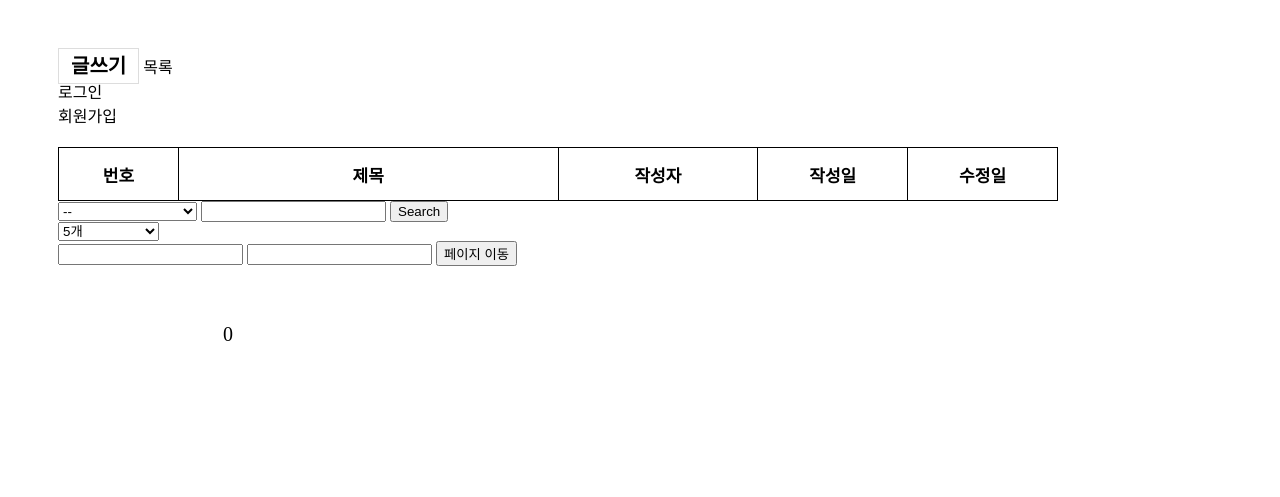
Repository: Shim-YoungDo/gaea-study
Page: http://localhost/study/WEB-INF/views/board/list.jsp
The author's editor kept a copy of each file at every save. The page is drawn from the files as they stood at one save, then again after the next save.
The browser window is 1280 px wide. The pictures show the whole page.
The page is served by Tomcat 9. Nobody is signed in. Other server files are loaded and not shown. The template is opened directly, without the code that normally fills it, so the values that code supplies are empty.

Above is the page before, as saved 2021-12-07 04:24:24.

### study/src/main/webapp/WEB-INF/views/board/list.jsp
<%@ page language="java" contentType="text/html; charset=UTF-8"
	pageEncoding="UTF-8"%>
<%@ taglib uri="http://java.sun.com/jsp/jstl/core" prefix="c"%>
<%@ taglib prefix="fmt" uri="http://java.sun.com/jsp/jstl/fmt"%>
<!DOCTYPE html>
<html>
<head>
<meta charset="UTF-8">
<title>Insert title here</title>
<link rel="stylesheet" href="/resources/css/board/list.css">
<script src="https://code.jquery.com/jquery-3.4.1.js"
	integrity="sha256-WpOohJOqMqqyKL9FccASB9O0KwACQJpFTUBLTYOVvVU="
	crossorigin="anonymous"></script>
</head>
<body>
	<div class="table_wrap">
		<a href="/board/registeView" class="enroll_btn">글쓰기</a>
		<a href="/board/list" class="list_btn">목록</a>
		<div class="login_area">
		<!-- 로그인 x -->
		<c:if test="${member==null}">
		<div class="login_button"><a href="/member/login">로그인</a></div>
		<span><a href="/member/join">회원가입</a></span>
		</c:if>

		<!-- 로그인 o -->
		<c:if test="${member != null}">
		<div class="login_success_area">
			<span>이름:${member.memberName}</span>
			<span>아이디:${member.memberID}</span>
			<a href="/member/logout">로그아웃</a>
		</div>
		</c:if>

		<table>
			<thead>
				<tr>
					<th class="bno_width">번호</th>
					<th class="title_width">제목</th>
					<th class="writer_width">작성자</th>
					<th class="regdate_width">작성일</th>
					<th class="updatedate_width">수정일</th>
				</tr>
			</thead>
			<c:forEach items="${list}" var="list">
				<tr>
					<td><c:out value="${list.boardNumber}" /></td>
					<td>
						<a class="move" href='<c:out value="${list.boardNumber}"/>'>
							<c:out value="${list.boardTitle}" />
						</a>
					</td>
					<td>
						<c:out value="${list.boardWriter}" />
					</td>
					<td>
						<fmt:formatDate pattern="yyyy/MM/dd"
							value="${list.boardRegistrationDate}" />
					</td>
					<td>
						<fmt:formatDate pattern="yyyy/MM/dd"
							value="${list.boardUpdateDate}" />
					</td>
				</tr>
			</c:forEach>
		</table>

		<div class="search_wrap">
			<div class="search_area">
				<select name="type">
                <option value="" <c:out value="${pageMake.cri.type == null?'selected':'' }"/>>--</option>
                <option value="T" <c:out value="${pageMake.cri.type eq 'T'?'selected':'' }"/>>제목</option>
                <option value="C" <c:out value="${pageMake.cri.type eq 'C'?'selected':'' }"/>>내용</option>
                <option value="W" <c:out value="${pageMake.cri.type eq 'W'?'selected':'' }"/>>작성자</option>
                <option value="TC" <c:out value="${pageMake.cri.type eq 'TC'?'selected':'' }"/>>제목 + 내용</option>
                <option value="TW" <c:out value="${pageMake.cri.type eq 'TW'?'selected':'' }"/>>제목 + 작성자</option>
                <option value="TCW" <c:out value="${pageMake.cri.type eq 'TCW'?'selected':'' }"/>>제목 + 내용 + 작성자</option>
            </select>
				<input type="text" name="keyword" value="${pageMake.cri.keyword}">
				<button>Search</button>
			</div>
		</div>

		<div class="amount_wrap">
			<div class="amount_area">

					<select name="amount" onchange="selectBoxChange(this.value);">
						<option value="" disabled >=== 선택 ===</option>
						<option value=5 <c:out value="${pageMake.cri.amount == 5?'selected':''}"/>>5개</option>
    					<option value=10 <c:out value="${pageMake.cri.amount == 10?'selected':''}"/>>10개</option>
    					<option value=20 <c:out value="${pageMake.cri.amount == 20?'selected':''}"/>>20개</option>
    					<option value=25 <c:out value="${pageMake.cri.amount == 25?'selected':''}"/>>25개</option>

					</select>

			</div>
		</div>


		<div class="page_select_wrap">
			<div class="page_select_area">
				<input type = "text" pattern="\d" name="pageSelect"value='<c:out value="${pageMake.cri.pageNum}"/>'>
				<input name = "totalPage" readonly="readonly" value = '<c:out value="${pageMake.realEnd}"/>'>
				<button>페이지 이동</button>
			</div>
		</div>

		<div class="pageInfo_wrap">
			<div class="pageInfo_area">
				<ul id="pageInfo" class="pageInfo">

					<!-- 이전페이지 버튼 -->
					<c:if test="${pageMake.prev}">
						<li class="pageInfo_btn previous"><a href="${pageMake.startPage-1}">이전</a></li>
					</c:if>

					<!-- 각 번호 페이지 버튼 -->
					<c:forEach var="num" begin="${pageMake.startPage}" end="${pageMake.endPage}">
						<li class="pageInfo_btn ${pageMake.cri.pageNum == num ? "active":"" }"><a href="${num}">${num}</a></li>
					</c:forEach>

					<!--
					<form id="pageForm" method="post">
					<select name="amount" id="amount" onchange="selectBoxChange(this.value);">
						<option value="none">=== 선택 ===</option>
						<option value="5">5개</option>
    					<option value="10">10개</option>
    					<option value="20">20개</option>
					</select>
					</form>
					-->

					<!-- 다음페이지 버튼 -->
					<c:if test="${pageMake.next}">
						<li class="pageInfo_btn next"><a href="${pageMake.endPage+1}">다음</a></li>
					</c:if>
				</ul>
			</div>
		</div>

		<form id="moveForm" method="get">
			<input type="hidden" name="pageNum" value="${pageMake.cri.pageNum}">
			<input type="hidden" name="amount" value="${pageMake.cri.amount}">
			<input type="hidden" name="keyword" value="${pageMake.cri.keyword}">
			<input type="hidden" name="type" value="${pageMake.cri.type}">

		</form>
	</div>
</div>

	<script>
		let moveForm = $("#moveForm");
		let pageForm = $("#pageForm");

		$(".move").on("click", function(e) {
			e.preventDefault();
			moveForm.append("<input type='hidden' name='boardNumber' value='"
					+ $(this).attr("href") + "'>"); //<form>내부 boardNumber값을 저장하는 <input>태그 생성
			moveForm.attr("action", "/board/getPage");
			moveForm.submit();
				});

		$(".pageInfo a").on("click", function(e){
			e.preventDefault();
			moveForm.find("input[name='pageNum']").val($(this).attr("href")); //<form>내부 pageNum과 관련된 <input>태그의 value 속성값에 클릭한<a>태그 페이지 번호 삽입
			moveForm.attr("action", "/board/list");
			moveForm.submit();
		});

		/*
		var selectBoxChange = function(value){
			console.log("결과:" +value);
			$.ajax({
				type:"post",
				url:"/board/pageAmount",
				data: "pageAmount=" +value,
				success : function(data){
					alert("성공", +data);
					console.log(data);
				}
			});
		}*/

		/*
		$("#pageForm").change(function(){
			var pageAmount = value;

			$.ajax({
				type:"post",
				url:"/board/pageAmount",
				data: "pageAmount=" +pageAmount,
				success : function(data){
					alert("성공", +data);
					console.log(data);
				}
			});

		});*/


		//검색기능
		$(".search_area button").on("click", function(e){
			e.preventDefault();

			let type = $(".search_area select").val();
			let keyword = $(".search_area input[name='keyword']").val();

			if(!type){
				alert("검색 종류를 선택하세요");
				return false;
			}
			if(!keyword){
				alert("키워드를 입력하세요");
				return false;
			}

			//let val = $("input[name='keyword']").val();
			moveForm.find("input[name='type']").val(type);
			moveForm.find("input[name='keyword']").val(keyword);
			moveForm.find("input[name='pageNum']").val(1);
			moveForm.submit();
		});

		/*
		$("#pageForm").change(function(){
			var pageAmount = value;
			let amount = $(".amount_area select").val();

			pageForm.find("input[name]='amount'").val(amount);
			pageForm.submit();
		});*/

		//화면에 출력될 총 게시글 수 선택
		var selectBoxChange = function(value){

			let amount = $(".amount_area select").val();

			//pageForm.find("input[name]='amount'").val(amount);
			//pageForm.submit();
			moveForm.find("input[name='amount']").val(amount);
			moveForm.find("input[name='pageNum']").val(1);
			moveForm.submit();

			console.log("결과:" +value);
			//alert("성공", +data);
		}

		//선택 페이지 이동
		$(".page_select_area button").on("click",function(){

			let pageNum = $(".page_select_area [name='pageSelect']").val();

			moveForm.find("input[name='pageNum']").val(pageNum);
			moveForm.attr("action", "/board/list");
			moveForm.submit();
		});




		/*
		$(".page_count_area button").on("click"function(){
			let pageCount = $(".page_count_area [name='pageCount']").val();
			moveForm.find("input[name='pageCount']").val(pageCount);
			moveForm.attr("action", "/board/list");
			moveForm.submit();
		});
		*/
	</script>

</body>
</html>

### study/src/main/webapp/resources/css/board/list.css
@charset "UTF-8";
a{
  	text-decoration : none;
  }
  table{
 	border-collapse: collapse;
 	width: 1000px;
 	margin-top : 20px;
 	text-align: center;
  }
  td, th{
  	border : 1px solid black;
  	height: 50px;
  }
  th{
  	font-size : 17px;
  }
  thead{
  	font-weight: 700;
  }
  .table_wrap{
  	margin : 50px 0 0 50px;
  }
  .bno_width{
  	width: 12%;
  }
  .writer_width{
  	width: 20%;
  }
  .regdate_width{
  	width: 15%;
  }
  .updatedate_width{
  	width: 15%;
  }
  .enroll_btn{
  	font-size: 20px;
    padding: 6px 12px;
    background-color: #fff;
    border: 1px solid #ddd;
    font-weight: 600;
  }

  .pageInfo{
      list-style : none;
      display: inline-block;
    margin: 50px 0 0 100px;
  }
  .pageInfo li{
      float: left;
    font-size: 20px;
    margin-left: 18px;
    padding: 7px;
    font-weight: 500;
  }
 a:link {color:black; text-decoration: none;}
 a:visited {color:black; text-decoration: none;}
 a:hover {color:blue; text-decoration: underline;}
 .active{
 	text-decoration:underline;
 }

After the next save:
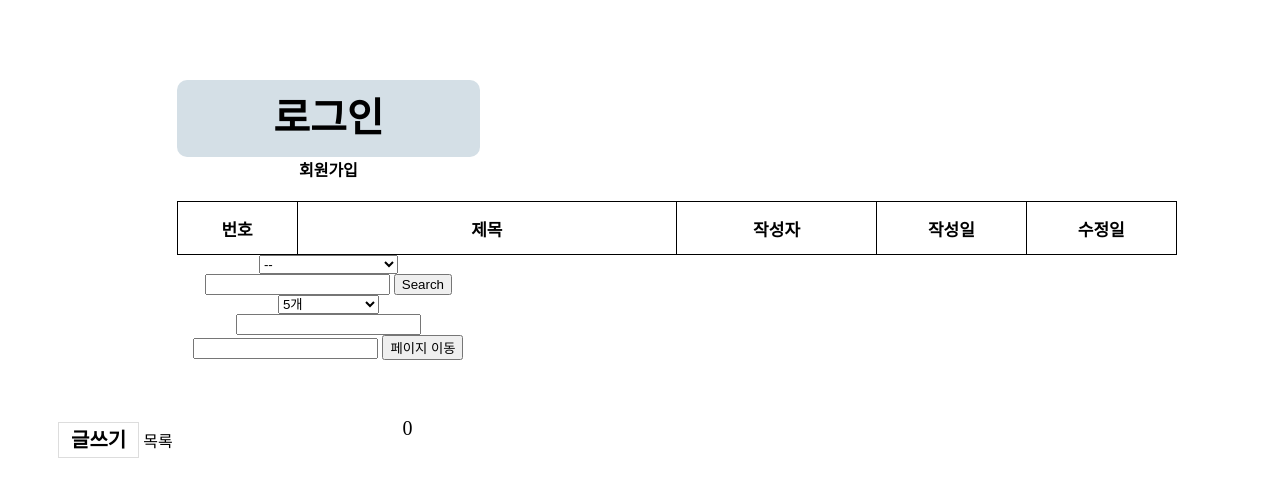
Saved 11 min 52 s later.
--- a/study/src/main/webapp/resources/css/board/list.css
+++ b/study/src/main/webapp/resources/css/board/list.css
@@ -53,6 +53,34 @@
     padding: 7px;
     font-weight: 500;
   }
+
+  .login_area{
+	width:25%;
+	height:100%;
+	display:inline-block;
+	text-align:center;
+}
+.login_button{
+	height:50%;
+	background-color:#D4DFE6;
+	margin-top:30px;
+	line-height:77px;
+	font-size:40px;
+	font-weight:900;
+	border-radius:10px;
+	cursor:pointer;
+}
+.login_area>span{
+	margin-top:10ox;
+	font-weight:900;
+	display:inline-block;
+}
+.login_button{
+	height:50%;
+	background-color:#D4DFE6;
+	margin-top:30px;
+}
+
  a:link {color:black; text-decoration: none;}
  a:visited {color:black; text-decoration: none;}
  a:hover {color:blue; text-decoration: underline;}

After the save that followed:
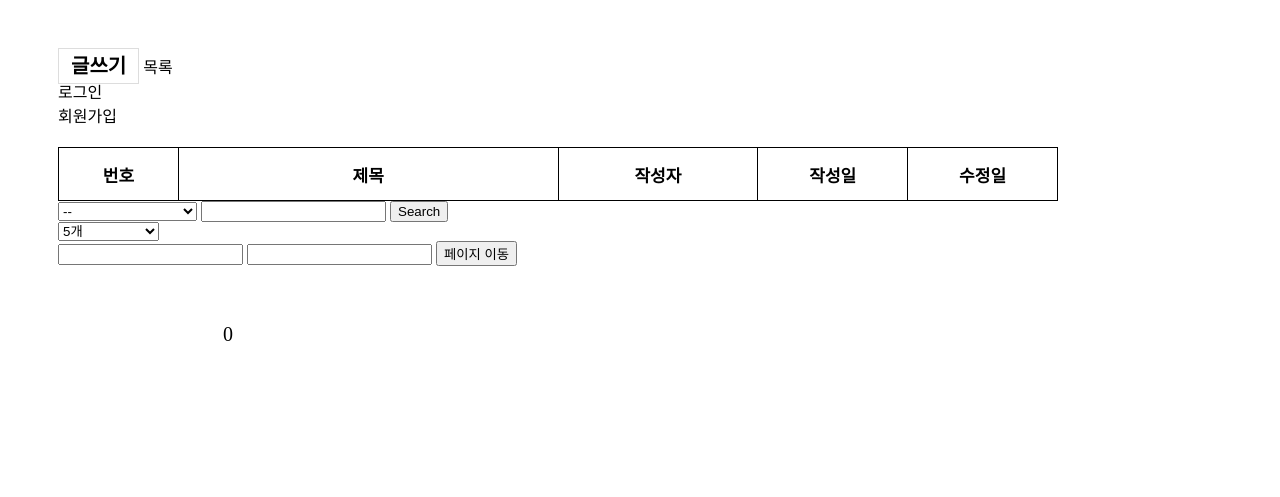
Saved 3 min 18 s later.
--- a/study/src/main/webapp/resources/css/board/list.css
+++ b/study/src/main/webapp/resources/css/board/list.css
@@ -54,32 +54,7 @@
     font-weight: 500;
   }
 
-  .login_area{
-	width:25%;
-	height:100%;
-	display:inline-block;
-	text-align:center;
-}
-.login_button{
-	height:50%;
-	background-color:#D4DFE6;
-	margin-top:30px;
-	line-height:77px;
-	font-size:40px;
-	font-weight:900;
-	border-radius:10px;
-	cursor:pointer;
-}
-.login_area>span{
-	margin-top:10ox;
-	font-weight:900;
-	display:inline-block;
-}
-.login_button{
-	height:50%;
-	background-color:#D4DFE6;
-	margin-top:30px;
-}
+
 
  a:link {color:black; text-decoration: none;}
  a:visited {color:black; text-decoration: none;}
